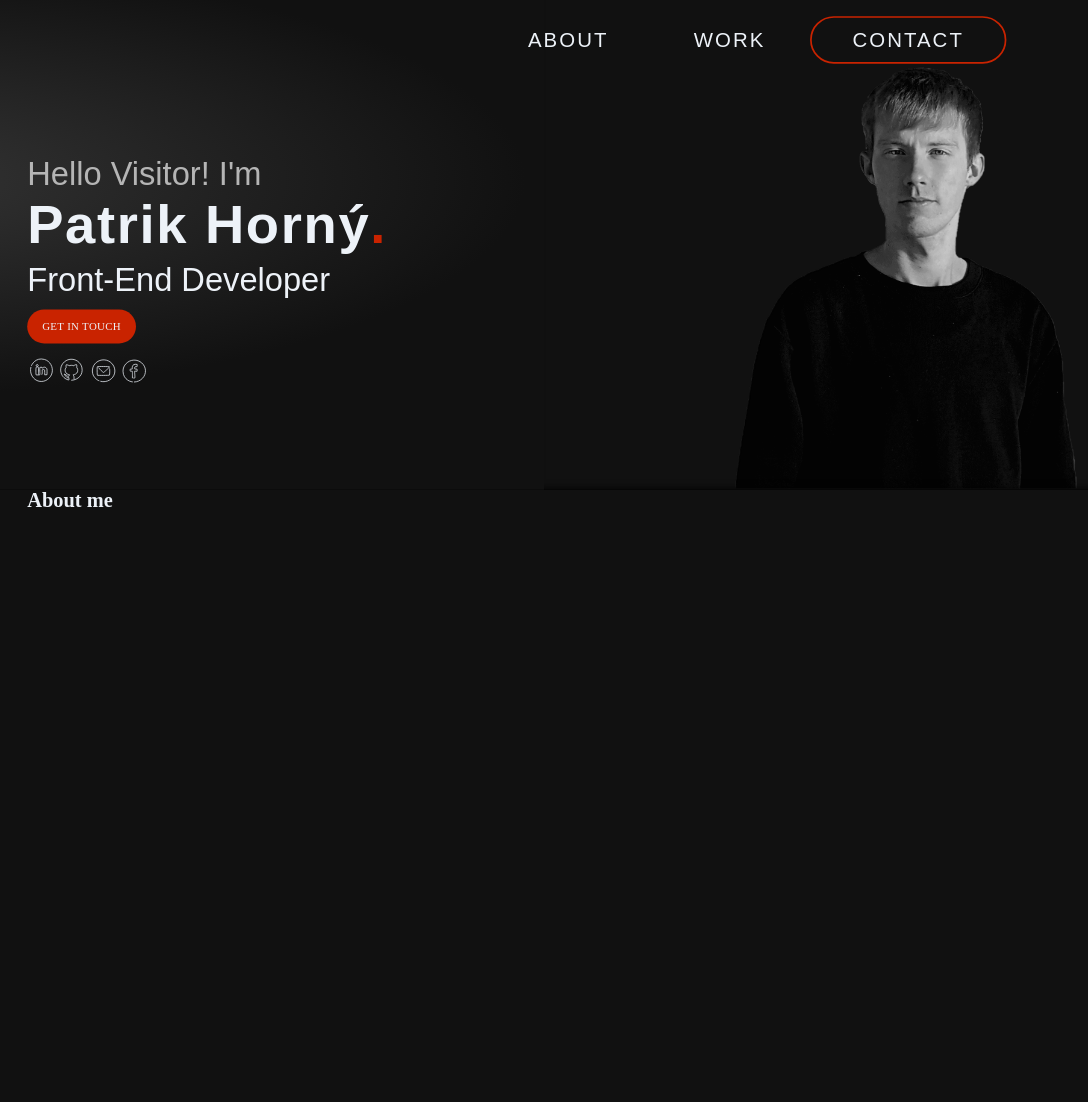
Repository: Spreceriany/portfolio
Page: index.html
The author's editor kept a copy of each file at every save. The page is drawn from the files as they stood at one save, then again after the next save.
The browser window is 1280 px wide. The pictures show the whole page, at 85% of full size.
Some web fonts or font styles are not loaded; a fallback is used. The style sheet was rebuilt from its Sass, Less or Tailwind sources for each picture, by a compiler version that may differ from the author's.

Above is the page before, as saved 2021-03-08 12:08:51.

### index.html
<!DOCTYPE html>
<html lang="en">

<head>
    <meta charset="UTF-8">
    <meta http-equiv="X-UA-Compatible" content="IE=edge">
    <meta name="viewport" content="width=device-width, initial-scale=1.0">
    <title>Patrik Horny | Portfolio</title>
    <link rel="stylesheet" href="css/style.css">
    <link rel="preconnect" href="https://fonts.gstatic.com">
    <link href="https://fonts.googleapis.com/css2?family=Asul&family=Chivo:wght@900&display=swap" rel="stylesheet">
</head>

<body>
    <header>
        <nav>
            <ul>
                <li><a href="#">About</a></li>
                <li><a href="#">Work</a></li>
                <li><a href="#">Contact</a></li>
            </ul>
            <div class="burger">
                <div class="line1"></div>
                <div class="line2"></div>
                <div class="line3"></div>
            </div>
        </nav>
    </header>

    <main>
        <section class="hero">
            <div class="hero__left-col">
                <p class="gray">Hello Visitor! I'm</p>
                <h1>Patrik Horný<span class="orange">.</span></h1>
                <p>Front-End Developer</p>
                <a href="#" class="btn">Get in touch</a>
                <ul>
                    <li><a href="#">
                        <?xml version="1.0" ?><svg height="256px" id="Layer_1" version="1.1" viewBox="0 0 256 256" width="256px" xml:space="preserve" xmlns="http://www.w3.org/2000/svg" xmlns:xlink="http://www.w3.org/1999/xlink"><path class="st0" d="M34.367,105.308c-15.255,58.994,21.499,118.714,77.309,130.865c54.491,11.864,108.741-24.931,122.132-78.209  c13.576-54.011-18.103-112.414-72.055-127.246C77.289,8.035,39.505,84.527,39.501,88.37"/><path class="st0" d="M106.662,168.972c-0.36-21.051,0.978-61.432-0.945-63.422  c-1.923-1.99-17.046-7.923-19.883-12.471c-2.838-4.548-2.011-13.662,8.126-13.674s11.419,8.666,8.78,14.31  c-2.64,5.644-17.584,9.811-19.288,12.105c-1.704,2.294-2.429,68.28,0,69.899c2.429,1.619,32.926,1.484,35.624-0.54  c2.699-2.024-3.374-67.47,0-69.09s17.407-1.889,19.162-1.079c1.754,0.81,0.675,7.692,1.889,8.366  c1.214,0.675,10.171-11.177,24.289-9.446c10.46,1.282,19.837,10.121,21.321,18.892s0.899,34.545,0.54,51.817  c-7.197,0.27-14.394,0.675-21.59,0.945c-0.27-14.574,1.08-33.6-0.81-43.586c-1.889-9.986-22.328-9.849-22.13,0  s1.619,43.586-2.699,43.451" id="linkedin"/></svg>
                    </a></li>
                    <li><a href="#">
                        <?xml version="1.0" ?><svg height="256px" id="Layer_2" version="1.1" viewBox="0 0 256 256" width="256px" xml:space="preserve" xmlns="http://www.w3.org/2000/svg" xmlns:xlink="http://www.w3.org/1999/xlink"><path class="st0" d="M128.1,222.073"/><path class="st0" d="M130.164,226.986c63.917-3.557,108.667-52.057,97.259-116.5c-9.288-52.47-60.722-87.613-112.739-80.577  C61.952,37.041,21.39,85.877,27.386,139.004c5.689,47.857,35.128,70.23,59.685,80.335c5.717,2.353,13.401,5.785,15.997,5.229  c2.596-0.556,1.763-14.95,1.763-21.889c-16,2.459-21.475-3.841-24.875-7.563c-3.857-4.222-6.125-8.563-10.063-14.938  s-11.063-4.875-11.813-8.563s15-2.688,26.313,11.25c8.188,10.146,16.928,7.089,21.625,4.188c0.154-1.612,0.526-3.775,1.438-6.188  c0.967-2.557,3.625-4.104,3.208-5.854c-0.417-1.75-21.804-0.577-34-17.667c-8.809-12.344-9.129-26.955-5.667-37.833  c2.322-7.297,6.196-12.443,8.833-15.417c-1.011-2.162-2.513-6.109-2.583-11.25c-0.076-5.549,1.554-9.796,2.583-12  c3.492,0.104,8.54,0.644,14.25,2.667c5.469,1.937,9.593,4.542,12.333,6.583c4.975-1.671,12.218-3.489,21.083-3.667  c10.135-0.203,18.344,1.819,23.667,3.583c2.616-2.336,6.987-5.648,13.167-7.917c4.489-1.648,8.518-2.229,11.5-2.417  c1.143,2.165,3.075,6.519,3.167,12.332c0.085,5.351-1.426,9.47-2.416,11.664c2.867,3.459,7.394,9.875,9.502,18.995  c0.751,3.249,4.857,20.981-6.996,36.24c-12.408,15.974-33.06,13.524-33.992,15.73c-0.932,2.206,3.964,6.297,6.266,14.877  c2.302,8.58,1.327,24.979,1.327,24.979"/></svg>
                    </a></li>
                    <li><a href="#">
                        <?xml version="1.0" ?><svg height="256px" id="Layer_3" version="1.1" viewBox="0 0 256 256" width="256px" xml:space="preserve" xmlns="http://www.w3.org/2000/svg" xmlns:xlink="http://www.w3.org/1999/xlink"><path class="st0" d="M90.122,111.336c4.814,10.698,40.475,41.901,43.863,42.08s58.662-49.39,57.057-52.778  S79.246,96.18,76.214,99.568c-3.031,3.388-1.962,78.097,0.713,80.237s111.083,2.318,113.401-1.426  c2.318-3.744,4.814-57.414,1.783-60.623"/><path class="st0" d="M108.268,237.352c59.036,15.089,118.653-21.832,130.648-77.676c11.711-54.524-25.236-108.671-78.551-121.912  C106.315,24.34,48.002,56.183,33.321,110.176c-22.447,84.527,54.151,122.097,57.994,122.09"/></svg>
                    </a></li>
                    <li><a href="#">
                        <?xml version="1.0" ?><svg height="256px" id="Layer_1" version="1.1" viewBox="0 0 256 256" width="256px" xml:space="preserve" xmlns="http://www.w3.org/2000/svg" xmlns:xlink="http://www.w3.org/1999/xlink"><g><path class="st0" d="M118.489,204.01c0.668-30.724-0.583-59.627-0.514-61.433c0.099-2.572-16.945,1.061-19.046-1.053   c-2.101-2.114-3.309-18.205-0.521-19.591s15.355,1.129,18.007-0.526c2.652-1.655-11.513-55.269,46.601-43.421   c1.589,0.795-0.132,18.732-1.059,20.122c-0.927,1.39-12.708-1.787-19.062,3.177c-6.354,4.964-3.707,18.664-2.383,19.591   c1.324,0.927,20.188,0.198,21.445,1.589s1.456,18.798,0,20.122c-1.456,1.324-20.819-2.41-22.769-1.058   c-1.606,1.113,4.224,60.038,2.558,62.373c-1.666,2.335-7.731,2.133-11.56,2.226"/><path class="st0" d="M136.577,243.358c60.912-1.648,108.145-53.478,104.395-110.472c-3.662-55.647-54.02-97.612-108.923-95.753   C76.39,39.017,29.02,85.605,29.68,141.555c1.549,87.443,85.505,102.61,89.2,101.551"/></g></svg>
                    </a></li>
                </ul>
            </div>
            <div class="hero__right-col">
                <img src="./img/my_photo.png" alt="my-photo">
            </div>
        </section>

        <section class="about">
            <div class="about__left-col">
                <h2>About me</h2>
            </div>
        </section>
    </main>


    <script src="js/script.js"></script>

</body>

</html>

### css/style.scss
body {
  font-family: "Asul", "Chivo", sans-serif;
}

* {
  box-sizing: border-box;
  margin: 0;
  padding: 0;
}

$white-ish: #edf2f8;
$orange: #c92300;
$gray: #b5b5b5;

.orange {
  color: $orange;
}

.gray {
  color: $gray;
}

header {
  width: 100%;

  margin: 0 auto;
  min-height: 13vh;
  position: absolute;
  top: 0;
  left: 0;
  right: 0;
  display: flex;
  justify-content: flex-end;
  nav {
    min-height: 10vh;
    display: flex;
    align-items: center;
    top: 0;
    right: 0;
    .burger {
      cursor: pointer;
      margin-right: 2em;
      @media (min-width: 996px) {
        display: none;
      }
      div {
        background-color: $orange;
        margin: .3em;
        transition: transform 500ms ease, opacity 500ms ease, width 500ms ease;
        &:nth-child(1) {
          width: 1.5em;
          height: .15em;
        }
        &:nth-child(2) {
          width: 1em;
          height: .15em;
        }

        &:nth-child(3) {
          width: .6em;
          height: .15em;
        }
      }
    }
    ul {
      margin-left: auto;
      display: none;
      @media (min-width: 992px) {
        display: block;
      }

      li {
        display: inline-block;
        padding: 0.5em 2em;
        font-size: 1.5rem;
        text-transform: uppercase;
        cursor: pointer;

        &:last-of-type {
          border: 2px solid $orange;
          border-radius: 9999px;
          background-image: linear-gradient($orange, $orange);
          background-position: 50% 50%;
          background-repeat: no-repeat;
          background-size: 0% 100%;
          transition: background-size 0.3s;
          margin-right: 4em;
          &:hover {
            background-size: 100% 100%;
          }
        }

        &:not(:last-child) a:hover {
          color: $orange;
        }
        a {
          width: 100%;
          text-decoration: none;
          color: $white-ish;
          letter-spacing: 0.1em;
          transition: color 0.3s ease-out;
        }
      }
    }
  }
}

main {
  margin: 0 auto;
  background-color: black;
}

.btn {
  background-color: $orange;
  padding: 1em 0.7em;
  color: $white-ish;
  border-radius: 9999px;
  width: 10em;
  flex-shrink: 0;
  text-align: center;
  text-decoration: none;
  text-transform: uppercase;
  font-family: "Chivo";
  letter-spacing: 0.03em;
  margin: 1em 0;
  font-size: 0.8rem;
  &:hover {
    background-color: transparent;
  }
}

.hero {
  width: 100%;

  margin: 0 auto;
  min-height: 80vh;
  background: radial-gradient(
    59.93% 44.1% at -11.63% 36.77%,
    #343434 0%,
    #111111 100%
  );
  display: grid;
  align-items: center;
  justify-content: center;
  color: $white-ish;
  grid-template-columns: 1fr;

  @media (min-width: 556px) {
    grid-template-columns: 1fr 1fr;
  }

  svg {
    width: 100%;
    height: 100%;
    fill: none;
    stroke: #edf2f8;
    stroke-width: 7;
    stroke-linecap: round;
    stroke-linejoin: round;
    stroke-miterlimit: 10;
    transition: stroke 0.3s, transform 0.3s ease-in;
    &:hover {
      stroke: $orange !important;
      transform: translateY(-2px);
    }
  }

  &__left-col {
    display: flex;
    flex-direction: column;
    padding-left: 2em;
    padding-top: 4em;
    ul {
      list-style-type: none;
      li {
        display: inline-flex;
        width: 2em;
        img {
          width: 100%;
        }
      }
    }

    p {
      font-size: clamp(1rem, 3vw, 2.5rem);
    }

    h1 {
      font-size: clamp(2rem, 5vw, 6rem);
      margin-bottom: 0.1em;
      letter-spacing: 0.03em;
    }
  }

  &__right-col {
    position: relative;
    height: 100%;
    &::after{
      content: '';
      position: absolute;
      width: 100%;
      height: 100%;
      bottom: 0;
      left: 0;
      box-shadow: inset 0 -10px 10px -10px #000000;

    }
    img {
      position: absolute;
      width: 70%;
      right: 0;
      bottom: 0;
    }
  }
}

.about{
  width: 100%;
  height: 100vh;
  background-color: #111111;
  color: $white-ish;
  &__left-col{
    padding-left:2em ;
    h2{
      font-family: 'Chivo';
    }
  }
}

Loaded but not shown: js/script.js (no copy from this time; the picture is the same without it)

After the next save:
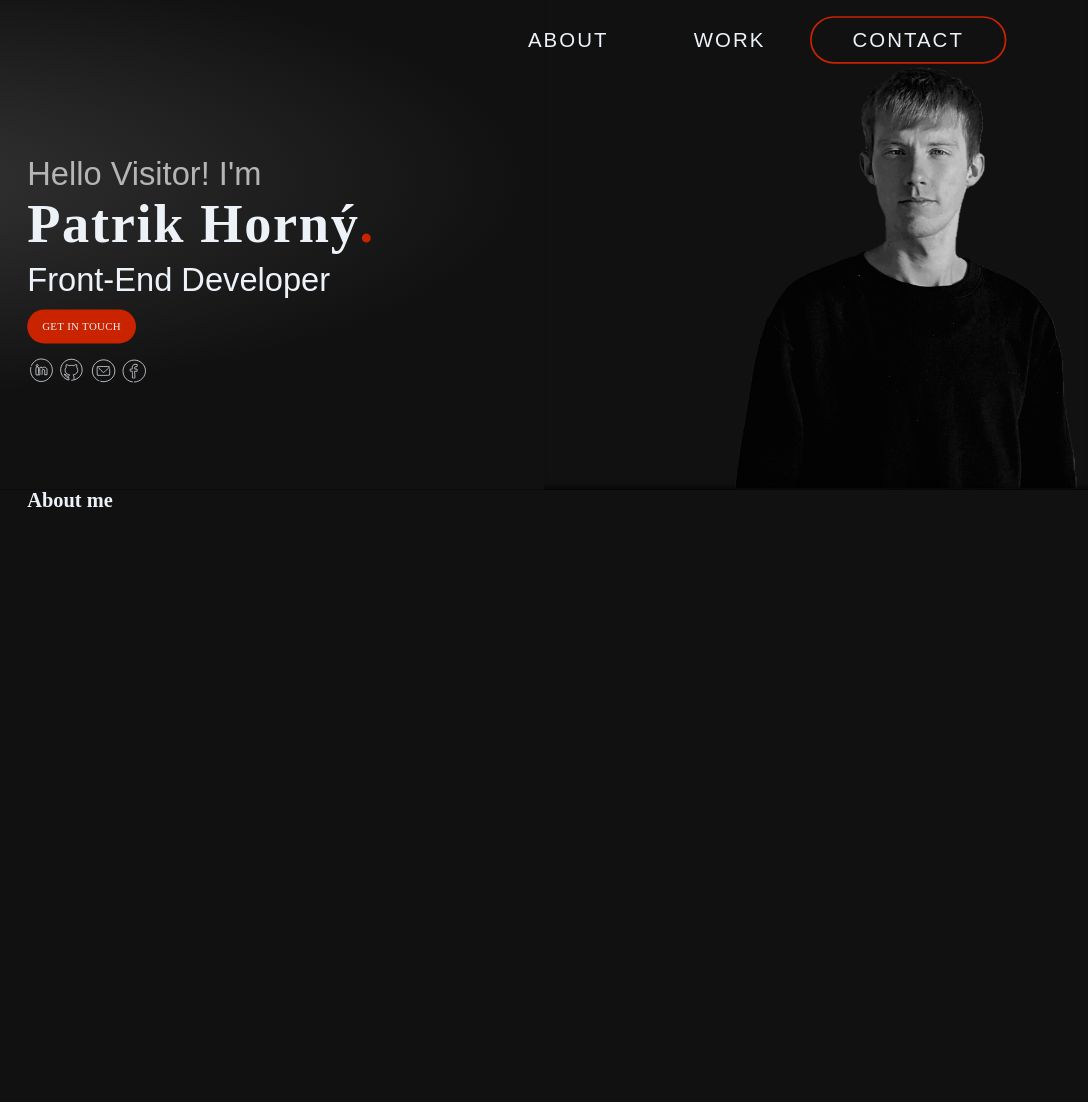
Saved 49 s later.
--- a/css/style.scss
+++ b/css/style.scss
@@ -189,6 +189,7 @@ main {
       font-size: clamp(2rem, 5vw, 6rem);
       margin-bottom: 0.1em;
       letter-spacing: 0.03em;
+      font-family: 'Chivo';
     }
   }
 
